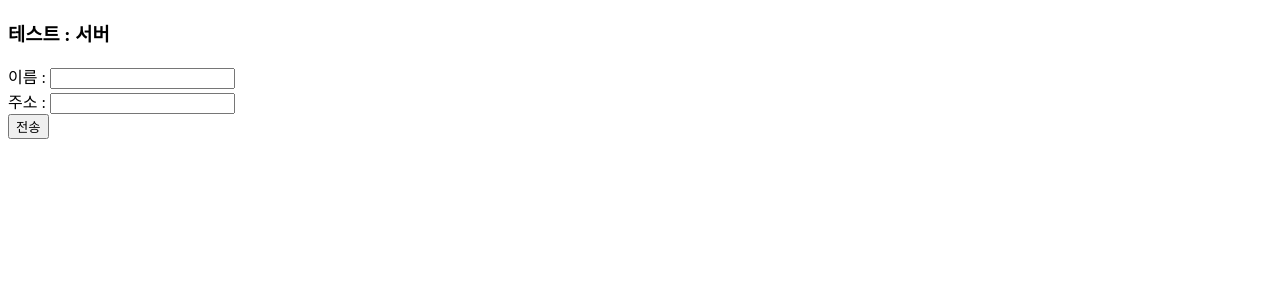
Repository: LEENYAMNYAM/JSP
Page: http://localhost/JSP_Project/exam/test.jsp
An editor plug-in stored every save of this project. The page is shown before and after the next save, followed by the edit.
The browser window is 1280 px wide. The pictures show the whole page.
The page is served by Tomcat 9.

Above is the page before, as saved 2025-02-27 01:24:33.

After the next save:
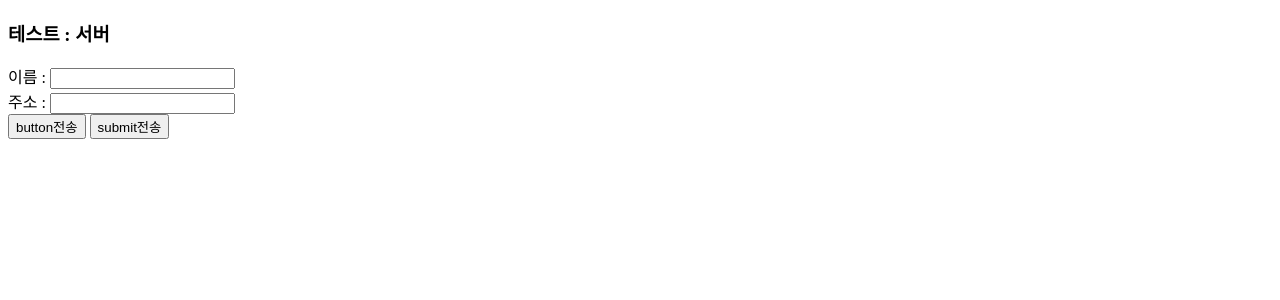
Saved 52 s later.
--- a/JSP_Project/src/main/webapp/exam/test.jsp
+++ b/JSP_Project/src/main/webapp/exam/test.jsp
@@ -11,7 +11,8 @@
 <form>
 이름 : <input type = 'text'></br>
 주소 : <input type = 'text'></br>
-<input type= 'button' value = '전송'/>
+<input type= 'button' value = 'button전송'/>
+<input type= 'submit' value = 'submit전송'>
 </form>
 
 </body>
